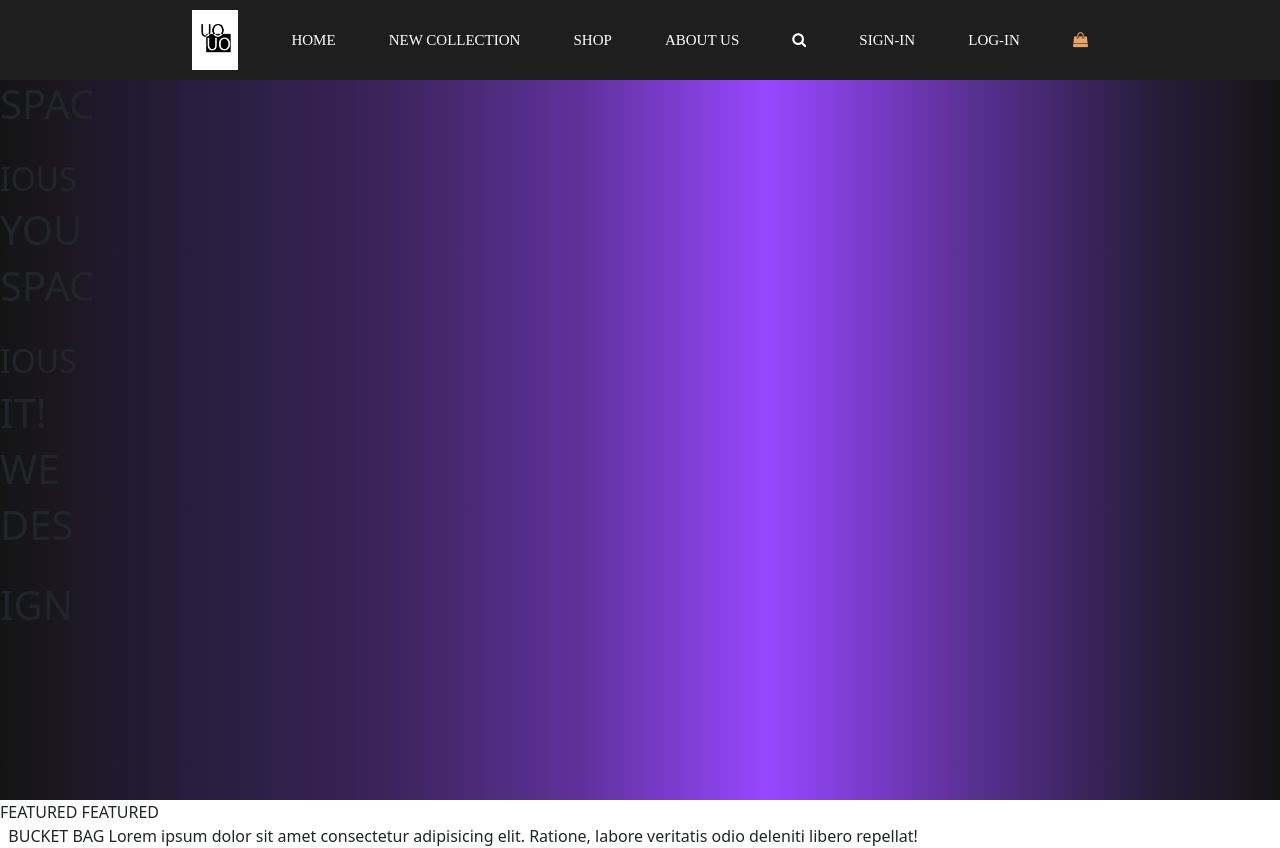
Repository: go23rishu/BagsWebsite
Page: home.html
These files come from the project's save history. The page is drawn as it stood at one moment and after the next save; the edit follows.
The browser window is 1280 px wide. The pictures show the whole page.
Some web fonts or font styles are not loaded; a fallback is used. Some web libraries are served in a nearby version.

Above is the page before, as saved 2023-06-21 15:02:23.

### home.html
<!DOCTYPE html>
<html lang="en">

<head>
    <meta charset="UTF-8">
    <meta name="viewport" content="width=device-width, initial-scale=1.0">
    <title>Home | Bags</title>
    <link rel="stylesheet"
        href="https://cdn.jsdelivr.net/npm/@fortawesome/fontawesome-free@6.2.1/css/fontawesome.min.css"
        integrity="sha384-QYIZto+st3yW+o8+5OHfT6S482Zsvz2WfOzpFSXMF9zqeLcFV0/wlZpMtyFcZALm" crossorigin="anonymous">
    <!-- Latest compiled and minified CSS -->
    <link href="https://cdn.jsdelivr.net/npm/bootstrap@5.2.3/dist/css/bootstrap.min.css" rel="stylesheet">
    <!-- Latest compiled JavaScript -->
    <script src="https://cdn.jsdelivr.net/npm/bootstrap@5.2.3/dist/js/bootstrap.bundle.min.js"></script>
    <link rel="stylesheet" href="https://cdnjs.cloudflare.com/ajax/libs/font-awesome/4.7.0/css/font-awesome.min.css">
    <link rel="stylesheet" href="./style.css">
    <link rel="preconnect" href="https://fonts.googleapis.com">
    <link rel="preconnect" href="https://fonts.gstatic.com" crossorigin>
    <link rel="preconnect" href="https://fonts.googleapis.com">
    <link rel="preconnect" href="https://fonts.gstatic.com" crossorigin>
    <link
        href="https://fonts.googleapis.com/css2?family=Italiana&family=Kumbh+Sans:wght@200;300;400;500;600;700;800;900&display=swap"
        rel="stylesheet">
    <link href="https://fonts.googleapis.com/css2?family=Italiana&display=swap" rel="stylesheet">
    <link rel="stylesheet" href="//maxcdn.bootstrapcdn.com/font-awesome/4.3.0/css/font-awesome.min.css">
    <link rel="stylesheet" href="./productpage.css">
    <link rel="stylesheet" href="./home.css">
</head>

<body>
    <nav class="navbar navbar-home">
        <img src="assets/BAG-LOGO.png" alt="" class="logo">
        <a href="" class="nav-links">HOME</a>
        <a href="" class="nav-links">NEW COLLECTION</a>
        <a href="" class="nav-links">SHOP</a>
        <a href="" class="nav-links">ABOUT US</a>
        <a href="" class="nav-links"><i class="fa fa-search" aria-hidden="true"></i></a>
        <a href="" class="nav-links">SIGN-IN</a>
        <a href="" class="nav-links">LOG-IN</a>
        <a href="" class="nav-links"><i class="fa fa-shopping-bag" style="color:#E6A467;" aria-hidden="true"></i></a>
    </nav>
    <div class="home-header">
        <div class="home-header-bags">
            <div id="spacious">
                <h1>SPAC</h1>
                <img src="" />
                <h2>IOUS</h2>
            </div>
        </div>
        <div class="home-header-bags home-header-bags2">
            <div id="you">
                <h1>YOU</h1>
            </div>
            <div id="love">
                <h1>SPAC</h1>
                <img src="" />
                <h2>IOUS</h2>
            </div>
            <div id="it">
                <h1>IT!</h1>
            </div>
        </div>
        <div class="home-header-bags home-header-bags3">
            <div id="we">
                <h1>WE</h1>
            </div>
            <div id="design">
                <h1>DES</h1>
                <img src="" />
                <h1>IGN</h1>
            </div>
        </div>
    </div>
    <div class="home-featured">
        <span>FEATURED</span>
        <label>FEATURED</label>
        <div class="home-featured-shop-bags">
            <div class="bucket-bags">
                <img class="curved-backgrounds" src="" />
                <img class="bucket-bag-img" src="" />
                <label>BUCKET BAG</label>
                <span>Lorem ipsum dolor sit amet consectetur adipisicing elit. Ratione, labore veritatis odio deleniti
                    libero repellat!</span>
            </div>
        </div>
    </div>
</body>

</html>

### style.css
* {
  margin: 0;
  padding: 0;
  box-sizing: border-box;
}
body {
  height: 100vh;
  overflow-x: hidden;
}

/* Navbar Styling */
.navbar {
  background-color: #971b1b;
  padding: 10px 15vw;
}
.navbar img {
  height: 60px;
  width: auto;
  background-color: white;
  padding-top: -50px;
}
.navbar a {
  font-family: "Italiana", serif;
  font-size: 15px;
  color: white;
  text-decoration: none;
  font-weight: lighter;
}
/* Header styling */
.header {
  background-color: #971b1b;
  height: 100vh;
}
.saletag {
  display: flex;
}
.saletag h1 {
  font-size: 10rem;
  color: #971b1b;
  font-family: "Italiana", serif;
  font-family: "Kumbh Sans", sans-serif;
  margin-top: 25px;
  font-weight: 700;
  margin-left: 150px;
  white-space: nowrap;
  position: absolute;
  text-transform: uppercase;
  text-shadow: -1px 5px 6px rgba(0, 0, 0, 0.6);
  -webkit-animation: mymove 5s linear infinite; /* Safari 4.0 - 8.0 */
  white-space: nowrap;
  /* animation: mymove 8s linear infinite alternate; */
}
@keyframes mymove {
  from {
    left: 1000px;
  }
  to {
    left: -500px;
  }
}
/* Limited Offers styling */
.limited-offers {
  display: flex;
  height: 110px;
  padding: 20px 5vw;
  justify-content: space-between;
  margin-top: 150px;
}
.limited-offers .limited-tag h2 {
  font-family: "Kumbh Sans", sans-serif;
  font-weight: 600;
  font-size: 3rem;
  letter-spacing: 3px;
}
.limited-circles {
  display: flex;
}
.limited-circles .small-circle {
  height: 70px;
  width: 70px;
  background-color: rgb(248, 82, 110);
  border-radius: 50%;
  margin-left: 2vw;
}
iframe {
  width: 100vw;
  height: 100%;
  margin-top: 150px;
}

/* Footer styling */
.footer {
  background-color: rgb(31, 30, 30);
  /* background-color: red; */
  color: white;
  font-family: "Kumbh Sans", sans-serif;
  list-style: none;
  display: flex;
  padding: 50px 50px;
  justify-content: space-evenly;
}
.footer .logo {
  display: flex;
  flex-direction: column;
  font-family: "Italiana", serif;
  font-size: 24px;
  letter-spacing: 7px;
}
.footer img {
  height: 90px;
  width: auto;
  background-color: white;
}
.footer ul {
  list-style: none;
}
.footer i {
  color: blueviolet;
  font-size: 20px;
}
.subscribe {
  display: flex;
  flex-direction: column;
}
ul li {
  font-size: 16px;
  font-weight: 200;
}
ul li:first-child {
  font-size: 18px;
  font-weight: 500;
  margin-bottom: 25px;
}
.social-media {
  display: flex;
  justify-content: space-evenly;
}
.subscribe h3 {
  font-size: 18px;
}
.subscribe h2 {
  font-size: 24px;
  font-weight: 600;
}
.subscribe input {
  border-radius: 5px;
  border: none;
  padding: 5px 5px;
}
.subscribe input::placeholder {
  font-size: 12px;
}
.subscribe button {
  background-color: blueviolet;
  width: 50%;
  font-size: 15px;
  color: white;
  font-weight: 500;
  border: none;
  border-radius: 5px;
  margin-top: 15px;
  padding: 10px 10px;
}

### productpage.css
.products {
  display: flex;
  flex-direction: column;
  font-family: "Kumbh Sans", sans-serif;
}
.product {
  display: flex;
  background-color: pink;
  justify-content: stretch;
  /* z-index: 999; */
  height: 520px;
  position: relative;
}
.products img {
  height: 450px;
  position: absolute;
  right: 20%;
  /* filter: drop-shadow(-16px 100px 80px #0000005d); */
}
.product-details {
  width: 50%;
  padding: 15vh 14vw;
}
.product-image {
  width: 55%;
  position: relative;
}
.circle1 {
  position: absolute;
  background-color: rgb(248, 82, 110);
  height: 450px;
  width: 450px;
  border-radius: 50%;
  top: 5%;
  right: -10%;
}
.product h2 {
  color: white;
  font-size: 36px;
  font-weight: 800;
  letter-spacing: 1px;
}
.product p {
  font-weight: 500;
  font-size: 18px;
}
.rate {
  display: flex;
}
.price {
  display: flex;
  flex-direction: column;
}
.current-price {
  font-size: 36px;
  font-weight: bold;
}
.old-price {
  font-size: 34px;
  font-weight: 500;
}
.discount {
  color: maroon;
  margin-left: 20px;
  font-size: 32px;
  font-weight: bold;
}
.add-to-cart {
  color: white;
  background-color: rgb(248, 82, 110);
  border: none;
  font-size: 14px;
  padding: 8px 5px;
  width: 150px;
  border-radius: 5px;
  margin-top: 50px;
}
.circle2 {
  background-color: rgb(15, 175, 197);
  top: 0;
  left: 0;
  border-radius: 0 0 225px 225px;
  height: 225px;
  width: 450px;
  /* z-index: -1; */
}

.product2 {
  background-color: lightblue;
}
.add-to-cart2 {
  background-color: rgb(15, 175, 197);
}
.image2 {
  margin-top: 50px;
}
.product3 {
  background-color: lightgreen;
}
.circle3 {
  background-color: rgb(25, 195, 79);
}
.add-to-cart3 {
  background-color: rgb(25, 195, 79);
}

/* Sharing Icons Styling */
.share {
  display: flex;
  flex-direction: column;
  position: absolute;
  top: 20%;
  left: 5%;
  justify-content: start;
}
.share i {
  font-size: 18px;
  background-color: rgb(228, 227, 227);
  height: 50px;
  width: 50px;
  border: none;
  align-items: center;
  align-self: flex-start;
  border-radius: 50%;
  justify-content: center;
  padding: 18px 15px;
  margin-top: 20px;
}
.image3 img {
  height: 400px;
  margin-top: 50px;
}

### home.css
.navbar-home {
  background: #1e1e1e;
}
.home-header {
  height: 100vh;
  background: rgb(20, 20, 20);
  background: linear-gradient(
    90deg,
    rgba(20, 20, 20, 1) 0%,
    rgba(40, 29, 61, 1) 15%,
    rgba(59, 35, 90, 1) 30%,
    rgba(94, 49, 153, 1) 45%,
    rgba(151, 71, 255, 1) 60%,
    rgba(94, 49, 153, 1) 75%,
    rgba(40, 29, 61, 1) 90%,
    rgba(20, 20, 20, 1) 100%
  );
}

After the next save:
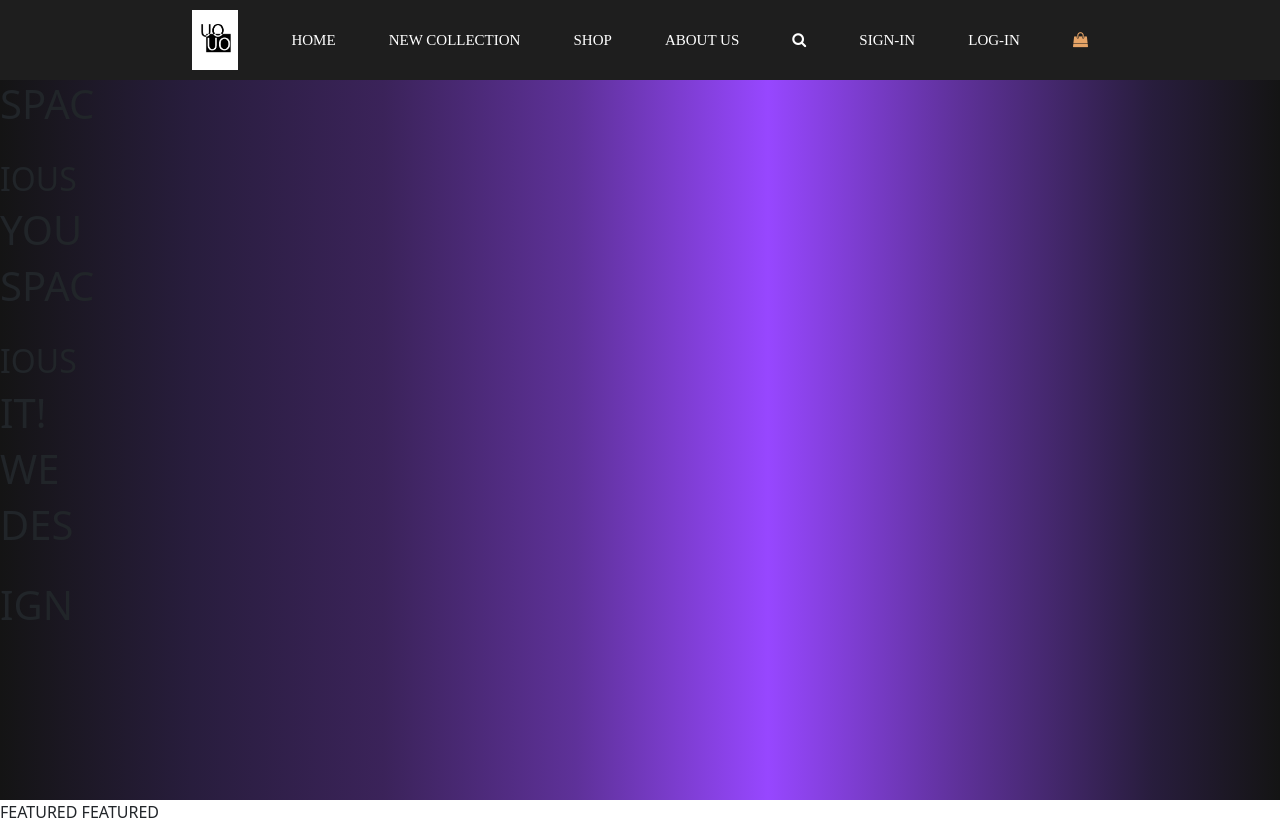
Saved 5 min 43 s later.
--- a/home.html
+++ b/home.html
@@ -74,15 +74,6 @@
     <div class="home-featured">
         <span>FEATURED</span>
         <label>FEATURED</label>
-        <div class="home-featured-shop-bags">
-            <div class="bucket-bags">
-                <img class="curved-backgrounds" src="" />
-                <img class="bucket-bag-img" src="" />
-                <label>BUCKET BAG</label>
-                <span>Lorem ipsum dolor sit amet consectetur adipisicing elit. Ratione, labore veritatis odio deleniti
-                    libero repellat!</span>
-            </div>
-        </div>
     </div>
 </body>
 
